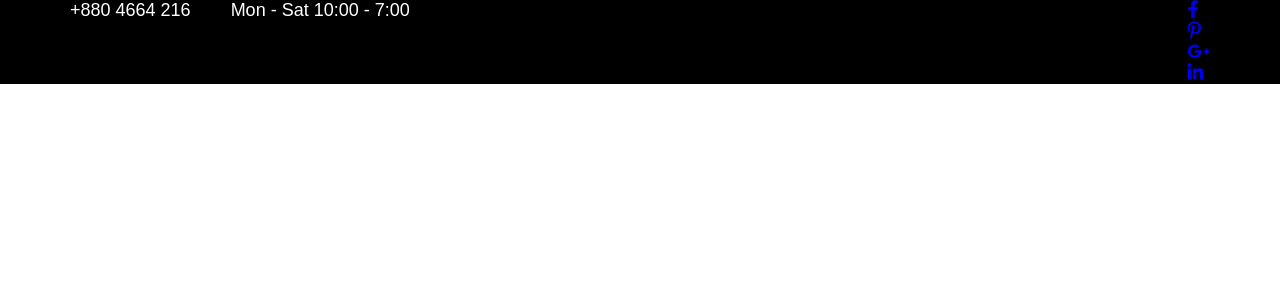
Repository: giahuy405/Day_2_Anipat
Page: index.html
These files come from the project's save history. The page is drawn as it stood at one moment and after the next save; the edit follows.
The browser window is 1280 px wide. The pictures show the whole page.

Above is the page before, as saved 2022-09-08 22:58:55.

After the next save:
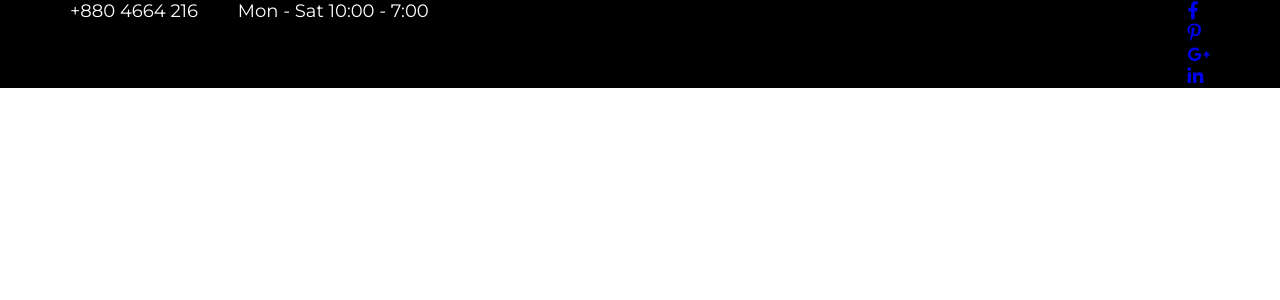
Saved 1 s later.
--- a/index.html
+++ b/index.html
@@ -6,6 +6,7 @@
     <meta name="viewport" content="width=device-width, initial-scale=1.0">
     <title>Anipat</title>
     <link rel="stylesheet" href="https://cdnjs.cloudflare.com/ajax/libs/font-awesome/6.2.0/css/all.min.css">
+    <link href="https://fonts.googleapis.com/css2?family=Montserrat:wght@300;400;500;700&display=swap" rel="stylesheet">
     <link rel="stylesheet" href="./css/index.css">
 </head>
 <body>
